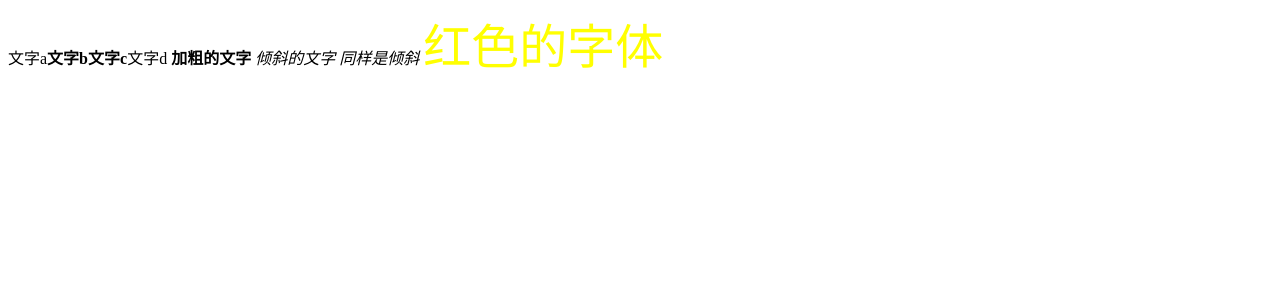
Repository: lqcoffical/basic-frontCode
Page: demohtml/文本标签.html
The author's editor kept a copy of each file at every save. The page is drawn from the files as they stood at one save, then again after the next save.
The browser window is 1280 px wide. The pictures show the whole page.

Above is the page before, as saved 2019-10-15 15:50:21.

After the next save:
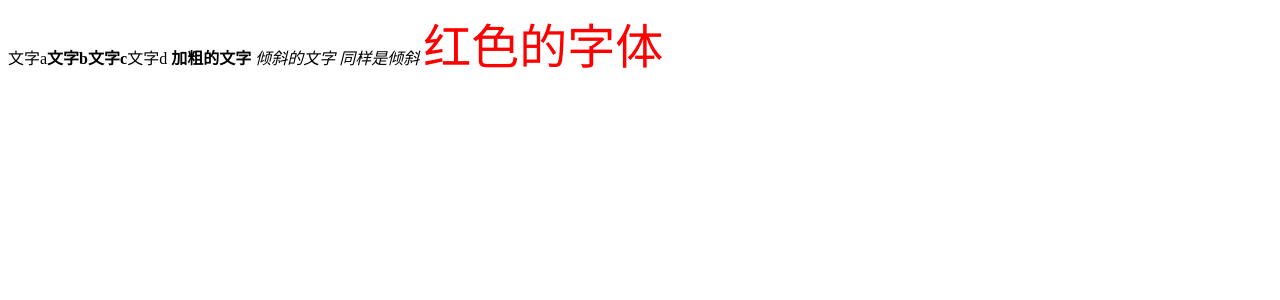
Saved 14 s later.
--- a/demohtml/文本标签.html
+++ b/demohtml/文本标签.html
@@ -17,6 +17,6 @@
     <!-- 删除线：<s></s>和<del></del>标签表示删除线 -->
     <!-- 下划线：<u></u>和<ins></ins>标签表示下划线 -->
     <!-- 设置字体：<font></font>标签可以通过其属性对字体进行设置 color：字体颜色 size：字体大小(1~7) face：样式 -->
-    <font color = "yellow" size = "7" face = "宋体">红色的字体</font>
+    <font color = "red" size = "7" face = "宋体">红色的字体</font>
 </body>
 </html>
